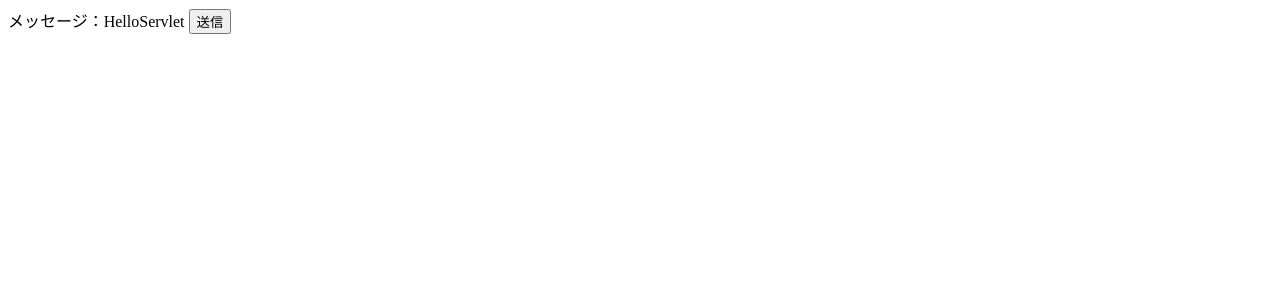
Repository: hotshot12266/Task-java-fois
Page: http://localhost/Education/test.jsp
The author's editor kept a copy of each file at every save. The page is drawn from the files as they stood at one save, then again after the next save.
The browser window is 1280 px wide. The pictures show the whole page.
The page is served by Tomcat 9. Other server files are loaded and not shown.

Above is the page before, as saved 2019-05-22 02:00:02.

### java/A1/Education/WebContent/test.jsp
<%@ page language="java" contentType="text/html; charset=UTF-8"
    pageEncoding="UTF-8"%>
<!DOCTYPE html PUBLIC "-//W3C//DTD HTML 4.01 Transitional//EN" "http://www.w3.org/TR/html4/loose.dtd">
<html>
<head>
<meta http-equiv="Content-Type" content="text/html; charset=UTF-8">
<title>Insert title here</title>
</head>
<body>
メッセージ：HelloServlet
<button type="button">送信</button>

</body>
</html>

After the next save:
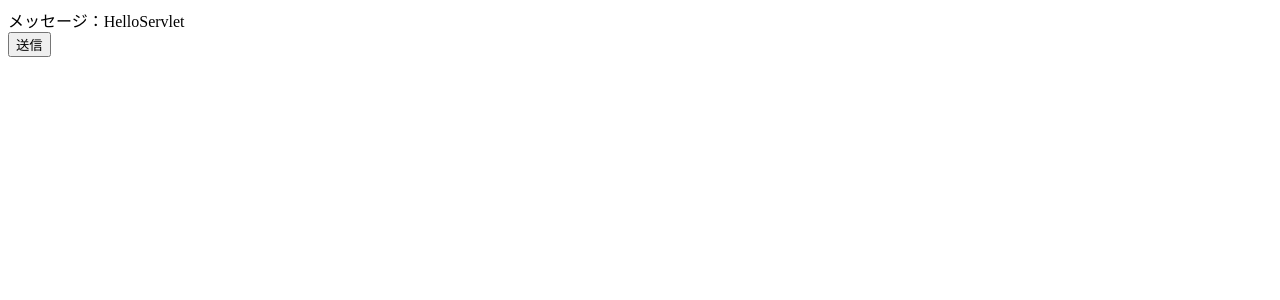
Saved 2 min 12 s later.
--- a/java/A1/Education/WebContent/test.jsp
+++ b/java/A1/Education/WebContent/test.jsp
@@ -7,7 +7,7 @@
 <title>Insert title here</title>
 </head>
 <body>
-メッセージ：HelloServlet
+メッセージ：HelloServlet <br>
 <button type="button">送信</button>
 
 </body>
